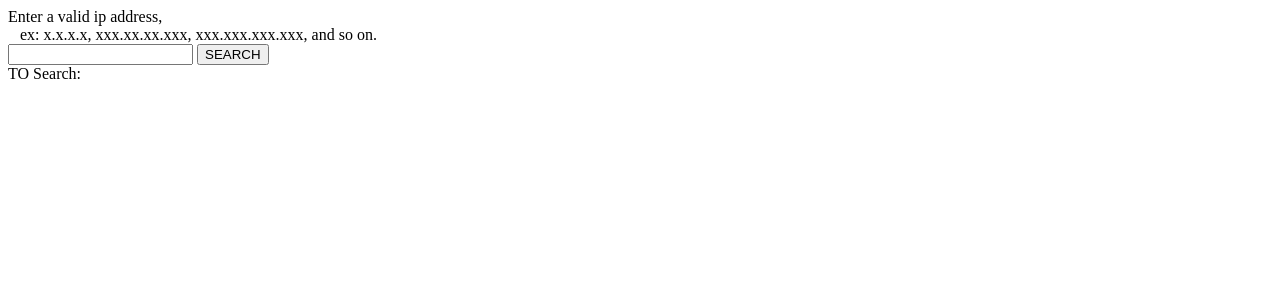
Repository: amp89/FindIP
Page: http://localhost/FindIp/views/search.jsp
The author's editor kept a copy of each file at every save. The page is drawn from the files as they stood at one save, then again after the next save.
The browser window is 1280 px wide. The pictures show the whole page.
The page is served by Tomcat 9. Other server files are loaded and not shown.

Above is the page before, as saved 2016-07-19 06:34:09.

### FindIp/FindIp/WebContent/views/search.jsp
<%@ page language="java" contentType="text/html; charset=UTF-8"
    pageEncoding="UTF-8"%>
<!DOCTYPE html PUBLIC "-//W3C//DTD HTML 4.01 Transitional//EN" "http://www.w3.org/TR/html4/loose.dtd">
<html>
<head>
<meta http-equiv="Content-Type" content="text/html; charset=UTF-8">
<title>IP FIND | Search</title>


		<script src="js/jquery.js"></script>
		<script src="js/test.js"></script>
		<script src="angular/angular.min.js"></script>
</head>
<body ng-app="searchApp">
	<div ng-controller="searchForm" ng-submit="getIpInfo()">
		Enter a valid ip address, <br>&nbsp;&nbsp;&nbsp;ex: x.x.x.x, xxx.xx.xx.xxx, xxx.xxx.xxx.xxx, and so on.
		<form  name="ipSearchForm">
			<input type="text" ng-maxlength="15" ng-model=ipSearchData.ipAddress />
			<button type="submit" ng-disabled="ipSearchForm.$invalid" >SEARCH</button>
		</form>
		TO Search: <span ng-show="ipSearchData.ipAddress">{{ipSearchData.ipAddress}}</span>
		<span ng-show="ipSearchForm.$invalid">Please use this format: XXX.XXX.XXX.XXX</span>
	</div>
	<!-- end test angular -->

	<!-- test rest call -->
	<script>
/* 	 old way
	$.ajax({
		type : "GET",
		 url:"rest/getLoggedInUserData",
		headers : {
			"Accept" : "application/json",
			"Content-Type" : "applicatoin/json"
		}
	}).done(function(data) {
		console.log(data);
		$scope.userObject = data;
	}).fail(function() {
		console.log("failed");
	}); */

	var app = angular.module('searchApp',[]);


	app.controller('searchForm',function($scope,$http){
		//request her/*  */e TODO
		$scope.ipSearchData = {};

		$scope.ipSearchData.accessToken="${accessToken}"

		//$scope.ipSearchData.accessToken = 'testjlskjfdlsdkfj';
		$scope.getIpInfo = function(){
			console.log("IP: " + $scope.ipSearchData);

			$http({
				method:"POST",
				url:"rest/getIpData",
				data:$scope.ipSearchData,
				params : {"content-type":"application/json","Accept" : "application/json"}
			}).then(function success(response){
				console.log("Post Ip search :)");
			}, function error(response){
				console.log("No post search :(");
			});//end http

		};//end get info


	});





	</script>
	<!-- end test rest call -->





</body>
</html>

### FindIp/FindIp/WebContent/js/test.js
$("document").ready(function(){
	console.log("hello world!");
});

Loaded but not shown: FindIp/FindIp/WebContent/js/jquery.js (library); FindIp/FindIp/WebContent/angular/angular.min.js (library)

After the next save:
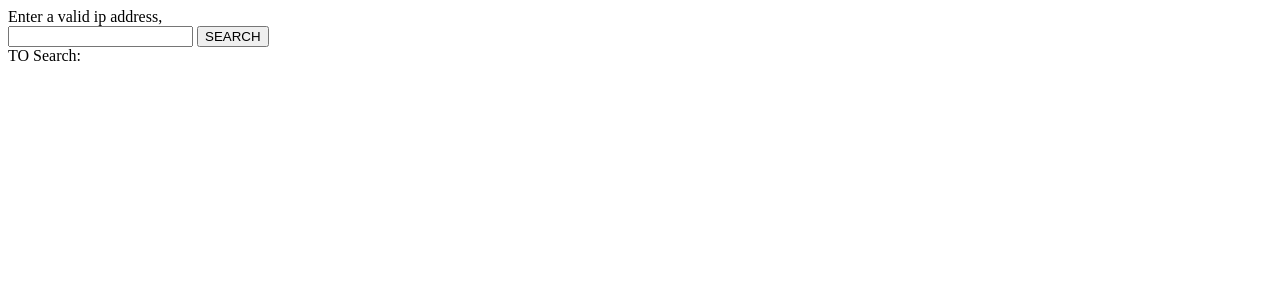
Saved 20 s later.
--- a/FindIp/FindIp/WebContent/views/search.jsp
+++ b/FindIp/FindIp/WebContent/views/search.jsp
@@ -13,7 +13,7 @@
 </head>
 <body ng-app="searchApp">
 	<div ng-controller="searchForm" ng-submit="getIpInfo()">
-		Enter a valid ip address, <br>&nbsp;&nbsp;&nbsp;ex: x.x.x.x, xxx.xx.xx.xxx, xxx.xxx.xxx.xxx, and so on.
+		Enter a valid ip address, <!-- <br>&nbsp;&nbsp;&nbsp;ex: x.x.x.x, xxx.xx.xx.xxx, xxx.xxx.xxx.xxx, and so on. -->
 		<form  name="ipSearchForm">
 			<input type="text" ng-maxlength="15" ng-model=ipSearchData.ipAddress />
 			<button type="submit" ng-disabled="ipSearchForm.$invalid" >SEARCH</button>
